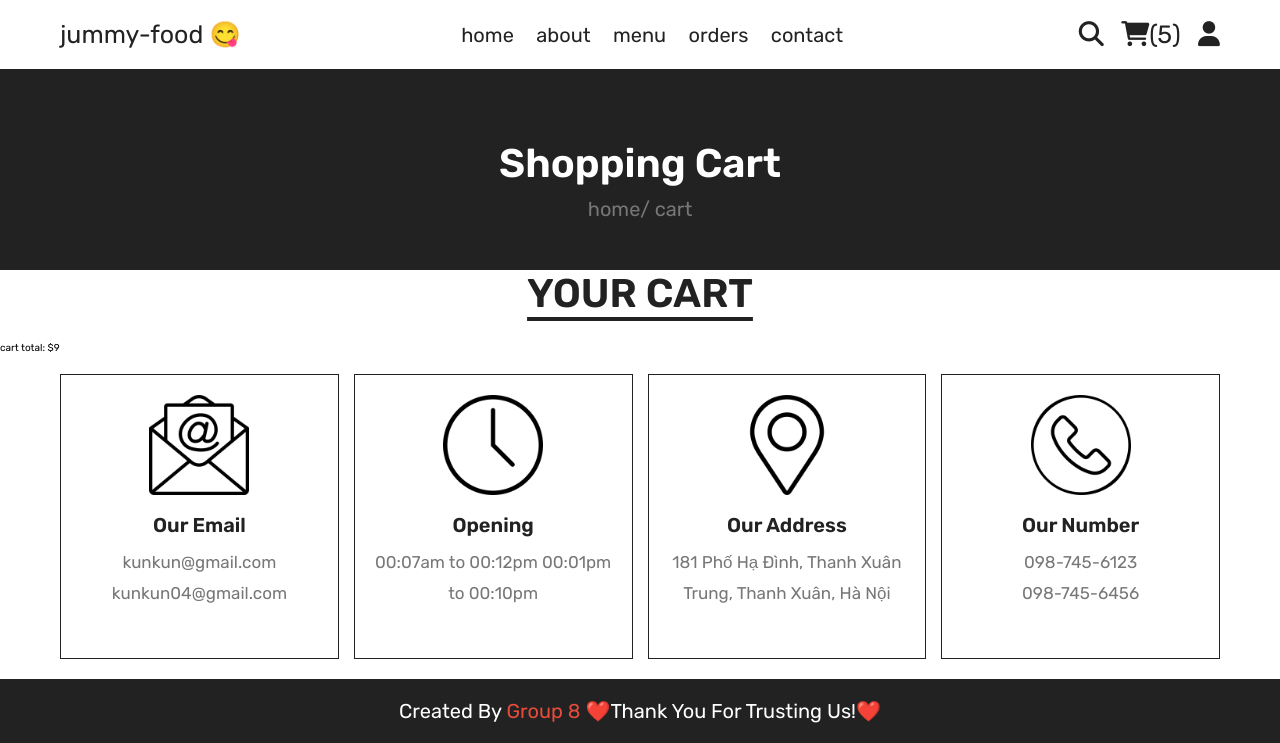
Repository: VuongLinhDinh/jummy_food
Page: cart.html
These files come from the project's save history. The page is drawn as it stood at one moment and after the next save; the edit follows.
The browser window is 1280 px wide. The pictures show the whole page.
Some web libraries are served in a nearby version.

Above is the page before, as saved 2023-11-11 18:25:15.

### cart.html
<!DOCTYPE html>
<html lang="en">
<head>
    <meta charset="UTF-8">
    <meta name="viewport" content="width=device-width, initial-scale=1.0">
    <title>Cart</title>
    <!-- font awesome cdn link -->
    <link rel="stylesheet" href="https://cdnjs.cloudflare.com/ajax/libs/font-awesome/6.1.1/css/all.min.css">
    <!-- custom css -->
    <link rel="stylesheet" href="./css/style.css">
</head>
<body>
    <!-- header section starts  -->
    <header class="header">
        <section class="flex">
            <a href="home.html" class="logo">jummy-food 😋</a>
            <nav class="navbar">
                <a href="home.html">home</a>
                <a href="about.html">about</a>
                <a href="menu.html">menu</a>
                <a href="orders.html">orders</a>
                <a href="contact.html">contact</a>
            </nav>
            <div class="icons">
                <a href="search.html"><i class="fas fa-search"></i></a>
                <a href="cart.html"><i class="fas fa-shopping-cart"></i><span>(5)</span></a>
                <div id="user-btn" class="fas fa-user"></div>
                <div id="menu-btn" class="fas fa-bars"></div>
            </div>
            <div class="profile">
                <p class="name">Kun Aquero</p>
                <div class="flex">
                    <a href="profile.html" class="btn">profile</a>
                    <a href="#" class="delete-btn">logout</a>
                </div>
                <p class="account"><a href="login.html">login</a> or <a href="login.html">register</a></p>
            </div>
        </section>
    </header>
    <!-- header section end  -->
    <div class="heading">
        <h3>shopping cart</h3>
        <p><a href="home.html">home</a><span>/ cart</span></p>
    </div>
    <!-- shopping cart section stars  -->
    <div class="products">
        <h1 class="title">your cart</h1>
        <div class="cart-total">
            <p>cart total: <span>$9</span></p>
        </div>
    </div>
    <!-- shopping cart section end  -->







    <!-- footer section starts  -->
    <footer class="footer">
        <section class="grid">
            <div class="box">
                <img src="images/email-icon.png" alt="">
                <h3>our email</h3>
                <a href="mailto:kunkun@gmail.com">kunkun@gmail.com</a>
                <a href="mailto:kun04@gmail.com">kunkun04@gmail.com</a>
            </div>

            <div class="box">
                <img src="images/clock-icon.png" alt="">
                <h3>opening</h3>
                <p>
                    00:07am to 00:12pm
                    00:01pm to 00:10pm
                </p>
            </div>

            <div class="box">
                <img src="images/map-icon.png" alt="">
                <h3>our address</h3>
                <a href="https://www.google.com/maps/place/181+P.+H%E1%BA%A1+%C4%90%C3%ACnh,+H%E1%BA%A1+%C4%90%C3%ACnh,+Thanh+Xu%C3%A2n,+H%C3%A0+N%E1%BB%99i,+Vi%E1%BB%87t+Nam/@20.9891313,105.8056888,17z/data=!3m1!4b1!4m5!3m4!1s0x3135ac952468595f:0xd4c0347109838030!8m2!3d20.9891263!4d105.8082691?hl=vi-VN&entry=ttu">181 Phố Hạ Đình, Thanh Xuân Trung, Thanh Xuân, Hà Nội</a>
            </div>

            <div class="box">
                <img src="images/phone-icon.png" alt="">
                <h3>our number</h3>
                <a href="tel:0987456123">098-745-6123</a>
                <a href="tel:0987456456">098-745-6456</a>
            </div>
        </section>
        <div class="credit">created by <span>group 8</span> ❤️Thank you for trusting us!❤️</div>
    </footer>
    <!-- footer section end  -->
    <!-- custom js file -->
    <script src="./js/script.js"></script>
</body>
</html>

### css/style.css
@import url('https://fonts.googleapis.com/css2?family=Nunito:wght@200;300;400;600;700&family=Rubik:wght@300;400;500;600&display=swap');
:root {
    --yellow: #fed330;
    --red: #e74c3c;
    --white: #fff;
    --black: #222;
    --light-color: #777;
    --border: .1rem solid var(--black);
}
*{
    font-family: 'Rubik', sans-serif;
    margin: 0; padding: 0;
    box-sizing: border-box;
    outline: none; border: none;
    text-decoration: none;
}
*::selection {
    background-color: var(--yellow);
    color: var(--white);
}
::-webkit-scrollbar {
    height: 0.5rem;
    width: 1rem;
}
::-webkit-scrollbar-track {
    background-color: transparent;
}
::-webkit-scrollbar-thumb {
    background-color: var(--yellow);
}
html {
    font-size:  62.5%;
    overflow-x: hidden;
    scroll-behavior: smooth;
    stop-opacity: 7rem;
}
section {
    margin: 0 auto;
    max-width: 1200px;
    padding: 2rem;
}
.title {
    text-align: center;
    margin-bottom: 2.5rem;
    font-size: 4rem;
    color: var(--black);
    text-transform: uppercase;
    text-decoration: underline;
    text-underline-offset: 1rem;
}
.heading {
    display: flex;
    align-items: center;
    justify-content: center;
    gap: 1rem;
    flex-flow: column;
    background-color: var(--black);
    min-height: 20rem;
}
.heading h3 {
    font-size: 4rem;
    color: var(--white);
    text-transform: capitalize;
    margin-top: 2rem;
}
.heading p {
    font-size: 2rem;
}
.heading p a {
    color: var(--light-color);
}
.heading p a:hover {
    text-decoration: underline;
    color: var(--yellow);
}
.heading p span {
    color: var(--light-color);
}
.btn, .delete-btn {
    margin-top: 1rem;
    display: inline-block;
    font-size: 2rem;
    padding: 1rem 3rem;
    opacity: .6;
    cursor: pointer;
}
.btn:hover, .delete-btn:hover {
    /* letter-spacing: .2rem; */
    transition:  .2s linear;
    opacity: 1;
}
.btn {
    background-color: var(--yellow);
    color: var(--black);
    text-transform: capitalize;
}
.delete-btn {
    background-color: var(--red);
    color: var(--white);
}
.header {
    position: sticky;
    top: 0; left: 0; right: 0;
    z-index: 1000;
    background-color: var(--white);
    border-bottom: var(--border);
}
.header .flex {
    display: flex;
    align-items: center;
    justify-content: space-between;
    position: relative;
}
.header .flex .logo {
    font-size: 2.5rem;
    color: var(--black);
}
.header .flex .navbar a {
    font-size: 2rem;
    color: var(--black);
    margin: 0 1rem;

}
.header .flex .navbar a:hover {
    color: var(--yellow);
    text-decoration: underline;
}
.header .flex .icons > * {
    margin-left: 1.5rem;
    font-size: 2.5rem;
    color: var(--black);
    cursor: pointer;
}
.header .flex .icons > *:hover {
    color: var(--yellow);
}
#menu-btn {
    display: none;
}
.header .flex .profile {
    background-color: var(--white);
    border: var(--border);
    padding: 1.5rem;
    text-align: center;
    position: absolute;
    top: 125%; right: 2rem;
    width: 30rem;
    display: none;
    animation: fadeIn .2s linear;
}
.header .flex .profile.active {
    display: block;
}
@keyframes fadeIn {
    0% {
        transform: translateY(1rem);
    }
}
.header .flex .profile .name {
    font-size: 2rem;
    color: var(--black);
    margin-bottom: 1rem;
}
.header .flex .profile .account {
    margin-top: 1rem;
    font-size: 2rem;
    color: var(--light-color);
}
.header .flex .profile .account a {
    color: var(--black);
}
.header .flex .profile .account a:hover {
    color: var(--yellow);
    text-decoration: underline;
}
.hero .slide {
    display: flex;
    align-items: center;
    flex-wrap: wrap-reverse;
    gap: 2rem;
    margin-bottom: 4rem;
}
.hero .slide .image {
    flex: 1 1 40rem;
}
.hero .slide .image img {
    width: 100%;
}
.hero .slide .content {
    flex: 1 1 40rem;
    text-align: center;
}
.hero .slide .content span {
    font-size: 2.5rem;
    color: var(--light-color);
}
.hero .slide .content h3 {
    margin: 1rem 0;
    font-size: 6rem;
    color: var(--black);
    text-transform: capitalize;
}
.swiper-pagination-bullet-active{
    background-color: var(--yellow);
}
.category .box-container {
    display: grid;
    grid-template-columns: repeat(auto-fit, minmax(27rem, 1fr));
    gap: 1.5rem;
    align-items: flex-start;
}
.category .box-container .box {
    border: var(--border);
    padding: 2rem;
    padding-bottom: 5rem;
    text-align: center;
}
.category .box-container .box img {
    width: 100%;
    height: 10rem;
    object-fit: contain;
}
.category .box-container .box h3 {
    font-size: 2rem;
    margin-top: 1.5rem;
    color: var(--black);
    text-transform: capitalize;
}
.category .box-container .box:hover {
    background-color: var(--black);
}
.category .box-container .box:hover img {
    filter: invert(1);
}
.category .box-container .box:hover h3 {
    color: var(--white);
}
.products .box-container {
    display: grid;
    grid-template-columns: repeat(auto-fit, 33rem);
    justify-content: center;
    align-items: flex-start;
    gap: 1.5rem;
}
.products .box-container .box {
    border: var(--border);
    padding: 2rem;
    position: relative;
    overflow: hidden;
    margin-bottom: 1rem;
}
.products .box-container .box img {
    width: 100%;
    height: 25rem;
    object-fit: contain;
}
.products .box-container .box .fa-eye,
.products .box-container .box .fa-shopping-cart {
    position: absolute;
    top: 1rem;
    height: 4.5rem; width: 4.5rem;
    line-height: 4.3rem;
    border: var(--border);
    background-color: var(--white);
    cursor: pointer;
    font-size: 2rem;
    color: var(--black);
    transition: .2s linear;
}
.products .box-container .box .fa-eye:hover,
.products .box-container .box .fa-shopping-cart:hover {
    background-color: var(--black);
    color: var(--white);
}
.products .box-container .box .fa-eye {
    left: -10rem;
}
.products .box-container .box .fa-shopping-cart {
    right: -10rem;
}
.products .box-container .box:hover .fa-eye {
    left: 1rem;
}
.products .box-container .box:hover .fa-shopping-cart {
    right: 1rem;
}
.products .box-container .box .cat {
    font-size: 1.8rem;
    color: var(--light-color);
}
.products .box-container .box .cat:hover {
    color: var(--black);
    text-decoration: underline;
}
.products .box-container .box .name {
    font-size: 2rem;
    color: var(--black);
    margin: 1rem 0;
}
.products .box-container .box .flex {
    display: flex;
    align-items: center;
    gap: 1.5rem;
    margin-top: 1rem;
}
.products .box-container .box .flex .price {
    margin-right: auto;
    font-size: 2.5rem;
    color: var(--black);
}
.products .box-container .box .flex .price span {
    color: var(--light-color);
    font-size: 1.8rem;

}
.products .box-container .box .flex .qty {
    padding: 1rem;
    border: var(--border);
    font-size: 1.8rem;
    color: var(--black);
}
.products .more-btn {
    margin-top: 2rem;
    text-align: center;
}
.about .row {
    display: flex;
    align-items: center;
    flex-wrap: wrap;
    gap: 1.5rem;
}
.about .row .image {
    flex: 1 1 40rem;
}
.about .row .image img {
    width: 100%;
}
.about .row .content {
    flex: 1 1 40rem;
    text-align: center;
}
.about .row .content h3{
    font-size: 3rem;
    color: var(--black);
    text-transform: capitalize;
    margin-bottom: 2rem;
}
.about .row .content p {
    padding: 1rem 0;
    line-height: 2;
    font-size: 1.8rem;
    color: var(--light-color);
}
.about .row .content a {
    text-transform: capitalize;

}
.steps .box-container {
    display: grid;
    grid-template-columns: repeat(auto-fit, minmax(30rem, 1fr));
    gap: 1.5rem;
    align-items: flex-start;
}
.steps .box-container .box {
    text-align: center;
    border: var(--border);
    padding: 2rem;
}
.steps .box-container .box img {
    height: 10rem;
    width: 100%;
    object-fit: contain;
}
.steps .box-container .box h3 {
    font-size: 2.3rem;
    margin: 1rem 0;
    color: var(--black);
    text-transform: capitalize;
}
.steps .box-container .box p {
    line-height: 2;
    font-size: 1.6rem;
    color: var(--light-color);
    text-transform: capitalize;
}
.reviews .slide {
    margin-bottom: 4rem;
    border: var(--border);
    padding: 2rem;
    text-align: center;
}
.reviews .slide img {
    height: 10rem;
    width: 10rem;
    margin-bottom: .5rem;
    border-radius: 50%;
}
.reviews .slide p {
    padding: 1rem 0;
    line-height: 2;
    font-size: 1.5rem;
    color: var(--light-color);
}
.reviews .slide .stars {
    display: inline-block;
    padding: 1rem 2rem;
}
.reviews .slide .stars i {
    font-size: 1.8rem;
    color: var(--yellow);
}
.reviews .slide h3 {
    font-size: 2.5rem;
    margin-top: 1.5rem;
    color: var(--black);
    text-transform: capitalize;
}
.contact .row {
    display: flex;
    align-items: center;
    flex-wrap: wrap;
    gap: 1.5rem;
}
.contact .row .image {
    flex: 1 1 40rem;
}
.contact .row .image img {
    width: 100%;
}
.contact .row form {
    border: var(--border);
    flex: 1 1 40rem;
    padding: 2rem;
    text-align: center;
}
.contact .row form h3 {
    font-size: 2rem;
    color: var(--black);
    margin-bottom: 1rem;
   text-transform: capitalize;
}
.contact .row form .box {
    width: 100%;
    margin: 1rem 0;
    font-size: 1.8rem;
    color: var(--black);
    border: var(--border);
    padding: 1.4rem;
}
.contact .row form textarea {
    height: 15rem;
    resize: none;
}
.search-form form {
    display: flex;
    gap: 1rem;
}
.search-form form .box {
    width: 100%;
    border: var(--border);
    border-radius: 5rem;
    padding: 1.4rem;
    font-size: 1.8rem;
    color: var(--black);
}
.search-form form .fa-search {
    width: 5rem;
    font-size: 3.5rem;
    background-color: var(--white);
    color: var(--black);
    cursor: pointer;
}
.search-form form .fa-search:hover {
    color: var(--yellow);
}





































.footer .grid {
    display: grid;
    grid-template-columns: repeat(auto-fit, minmax(27rem, 1fr));
    gap: 1.5rem;
    align-items: flex-start;
}
.footer .grid .box {
    border: var(--border);
    padding: 2rem;
    padding-bottom: 5rem;
    text-align: center;
}
.footer .grid .box img {
    height: 10rem;
    width: 100%;
    object-fit: contain;
    margin-bottom: .5rem;
}
.footer .grid .box h3 {
    margin: 1rem 0;
    font-size: 2rem;
    color: var(--black);
    text-transform: capitalize;
}
.footer .grid .box p,
.footer .grid .box a {
    display: block;
    font-size: 1.7rem;
    color: var(--light-color);
    line-height: 1.8;
}
.footer .grid .box a:hover {
    text-decoration: underline;
}
.credit {
    padding: 2rem;
    text-align: center;
    background-color: var(--black);
    color: var(--white);
    font-size: 2rem;
    text-transform: capitalize;
}
.credit span {
    color: var(--red);

}

/* media query  */
@media (max-width: 991px) {
    html {
        font-size: 55%;
    }
}
@media (max-width: 768px) {
    #menu-btn {
        display: inline-block;
    }
    .header .flex .navbar {
        position: absolute;
        top: 99%; left: 0; right: 0;
        border-top: var(--border);
        border-bottom: var(--border);
        background-color: var(--white);
        transition:  .2s linear;
        clip-path: polygon(0 0, 100% 0, 100% 0, 0 0);
    }
    .header .flex .navbar a {
        display: block;
        margin: 2rem;
    }
    .header .flex .navbar.active {
        clip-path: polygon(0 0, 100% 0, 100% 100%, 0 100%);
    }
}
@media (max-width: 450px) {
    html {
        font-size: 50%
    }
    .title {
        font-size: 3rem;
    }
    .header .flex .logo {
        font-size: 2rem;
    }
    .hero .slide .content h3 {
        font-size: 5rem;
    }

}

### js/script.js
navbar = document.querySelector('.header .flex .navbar');
document.querySelector('#menu-btn').onclick = () => {
    navbar.classList.toggle('active');
    profile.classList.remove('active');
}
profile = document.querySelector('.header .flex .profile');
document.querySelector('#user-btn').onclick = () => {
    profile.classList.toggle('active');
    navbar.classList.remove('active');
}
window.onscroll = () => {
    navbar.classList.remove('active');
    profile.classList.remove('active');
}

After the next save:
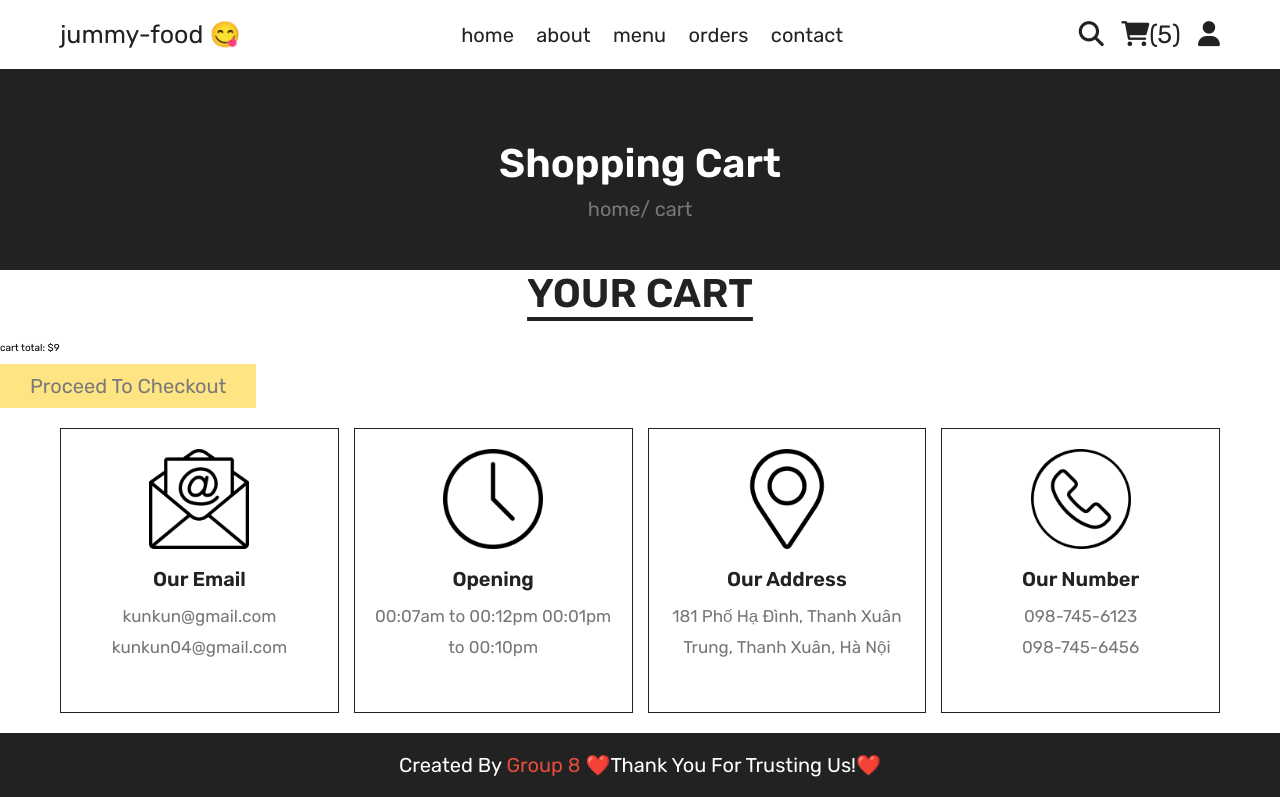
Saved 44 s later.
--- a/cart.html
+++ b/cart.html
@@ -47,6 +47,7 @@
         <h1 class="title">your cart</h1>
         <div class="cart-total">
             <p>cart total: <span>$9</span></p>
+            <a href="checkout.html" class="btn">proceed to checkout</a>
         </div>
     </div>
     <!-- shopping cart section end  -->
